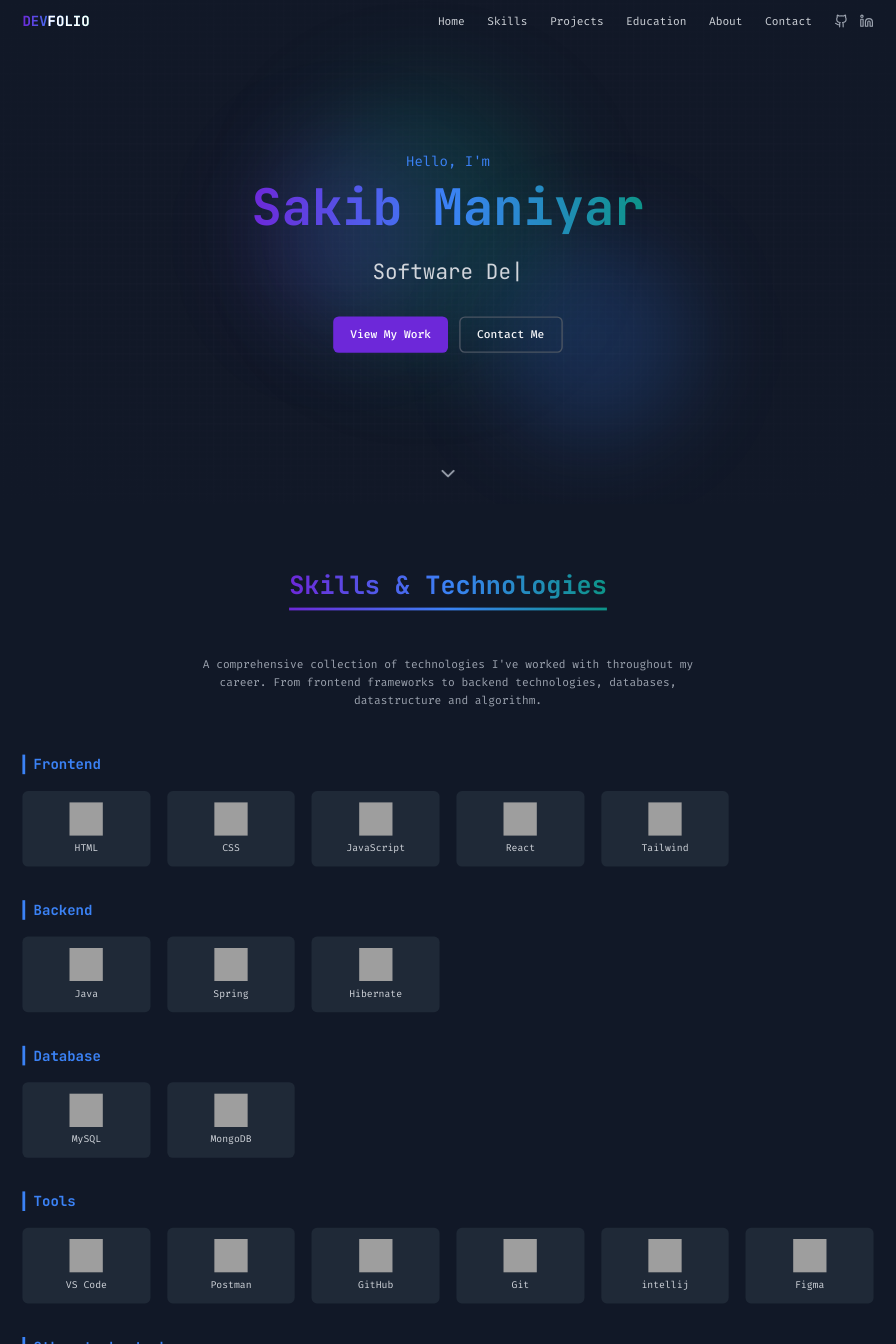
Repository: Saquib45/portfolio
Page: /
An editor plug-in stored every save of this project. The page is shown before and after the next save, followed by the edit.
The browser window is 1280 px wide. The pictures show the part of the page from y = 0 to 1920 px (the page is 7641 px tall), at 70% of full size.
Pictures or frames that could not be fetched are drawn as grey boxes. The project was rebuilt for these pictures with package versions that can differ from the ones it lists, and the page was loaded fresh each time. Also part of the build but not shown: vite.config.ts.

Above is the page before, as saved 2025-04-24 20:47:31.

After the next save:
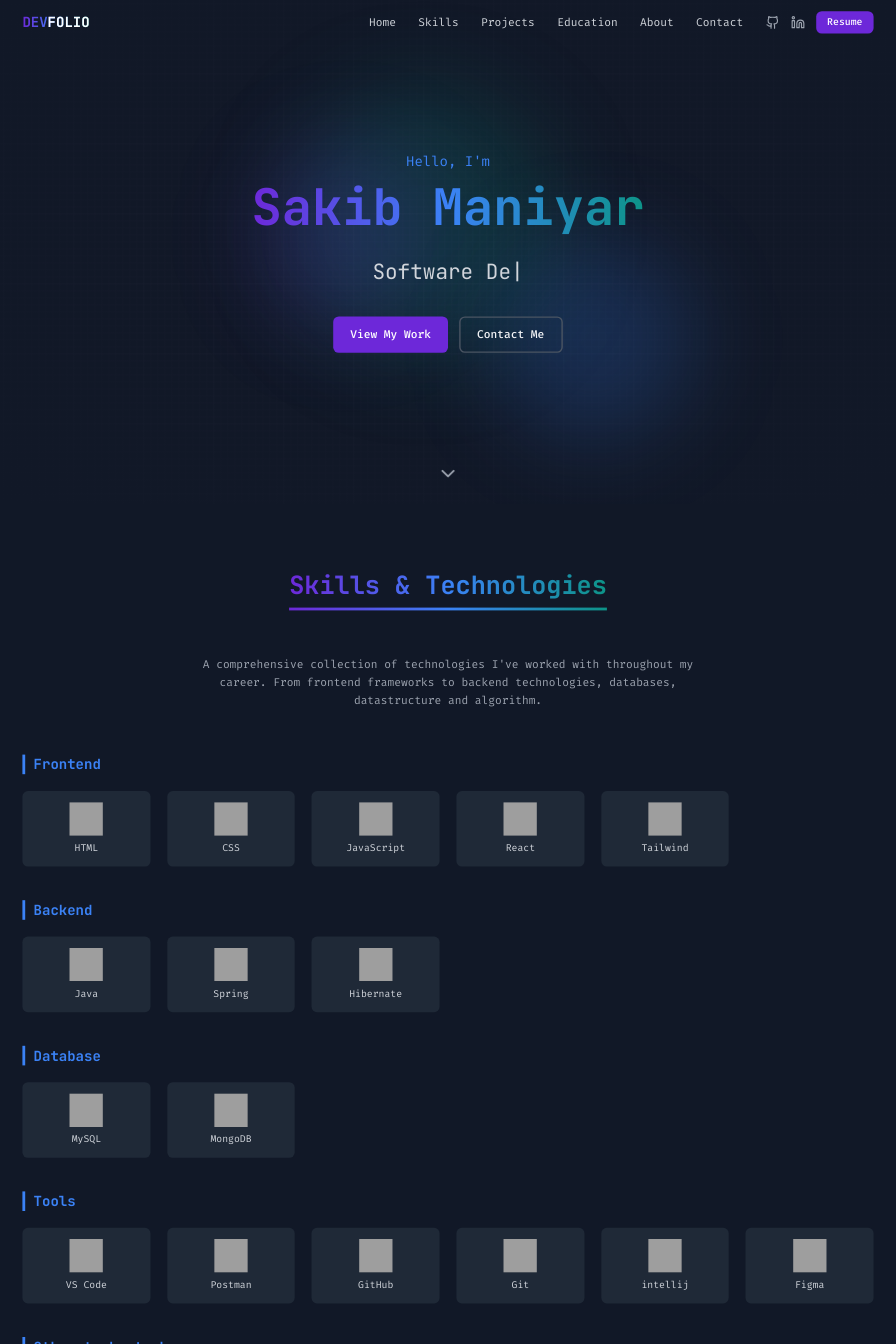
Saved 7 min 41 s later.
--- a/src/components/Navbar.tsx
+++ b/src/components/Navbar.tsx
@@ -9,11 +9,7 @@ const Navbar: React.FC = () => {
   useEffect(() => {
     const handleScroll = () => {
       const offset = window.scrollY;
-      if (offset > 50) {
-        setScrolled(true);
-      } else {
-        setScrolled(false);
-      }
+      setScrolled(offset > 50);
     };
 
     window.addEventListener('scroll', handleScroll);
@@ -24,6 +20,13 @@ const Navbar: React.FC = () => {
 
   const toggleMenu = () => {
     setIsOpen(!isOpen);
+  };
+
+  const handleResumeDownload = () => {
+    const link = document.createElement('a');
+    link.href = '/resume.pdf';
+    link.download = 'Saquib_Resume.pdf';
+    link.click();
   };
 
   const navLinks = [
@@ -88,6 +91,12 @@ const Navbar: React.FC = () => {
               >
                 <Linkedin size={20} />
               </a>
+              <button
+                onClick={handleResumeDownload}
+                className="bg-primary text-white text-sm font-medium px-4 py-1.5 rounded-lg hover:bg-primary/80 transition"
+              >
+                Resume
+              </button>
             </div>
           </div>
 
@@ -125,25 +134,36 @@ const Navbar: React.FC = () => {
               </li>
             ))}
           </ul>
-          <div className="flex items-center space-x-6 mt-12">
-            <a
-              href="https://github.com"
-              target="_blank"
-              rel="noopener noreferrer"
-              className="text-gray-400 hover:text-white transition-colors"
-              aria-label="GitHub"
+          <div className="flex flex-col items-center space-y-6 mt-12">
+            <div className="flex space-x-6">
+              <a
+                href="https://github.com/Saquib45"
+                target="_blank"
+                rel="noopener noreferrer"
+                className="text-gray-400 hover:text-white transition-colors"
+                aria-label="GitHub"
+              >
+                <Github size={24} />
+              </a>
+              <a
+                href="https://www.linkedin.com/in/saquibmaniyar10/"
+                target="_blank"
+                rel="noopener noreferrer"
+                className="text-gray-400 hover:text-white transition-colors"
+                aria-label="LinkedIn"
+              >
+                <Linkedin size={24} />
+              </a>
+            </div>
+            <button
+              onClick={() => {
+                handleResumeDownload();
+                toggleMenu();
+              }}
+              className="mt-4 bg-primary text-white text-lg px-6 py-2 rounded-lg hover:bg-primary/80 transition"
             >
-              <Github size={24} />
-            </a>
-            <a
-              href="https://linkedin.com"
-              target="_blank"
-              rel="noopener noreferrer"
-              className="text-gray-400 hover:text-white transition-colors"
-              aria-label="LinkedIn"
-            >
-              <Linkedin size={24} />
-            </a>
+              Download Resume
+            </button>
           </div>
         </div>
       </div>
